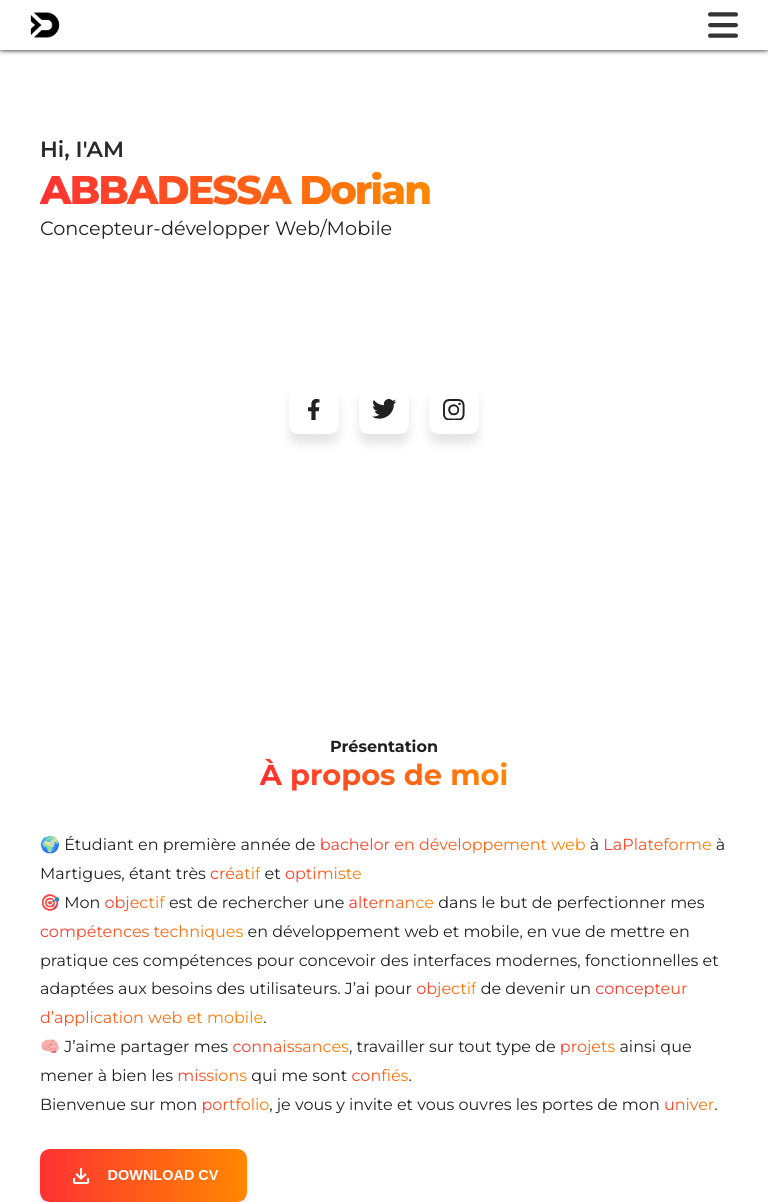
Repository: DorianABDS/Portfolio-ABBADESSA-Dorian
Page: index.html
The author's editor kept a copy of each file at every save. The page is drawn from the files as they stood at one save, then again after the next save.
The browser window is 768 px wide. The pictures show the whole page.

Above is the page before, as saved 2024-11-27 21:00:23.

After the next save:
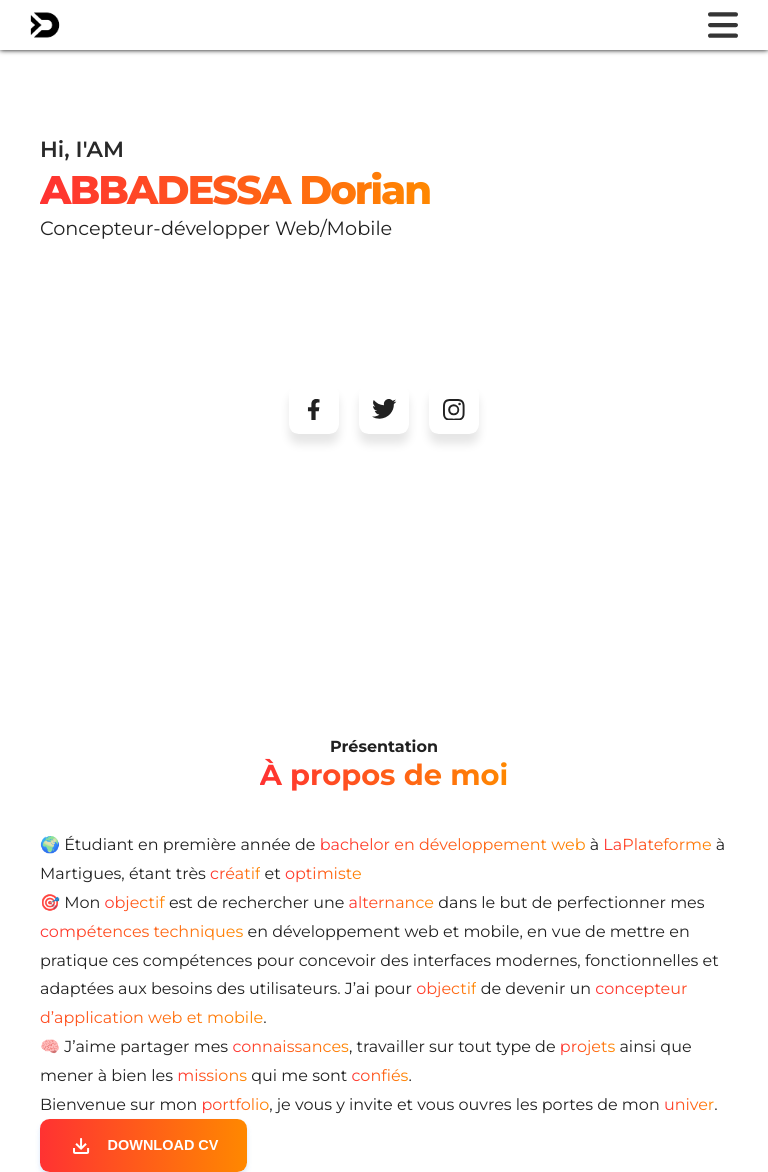
Saved 85 s later.
--- a/style.css
+++ b/style.css
@@ -349,7 +349,7 @@
         padding-top: 0;
     }
 
-    button {
+    button-cv {
         margin-top: 30px;
     }
 }

After the save that followed:
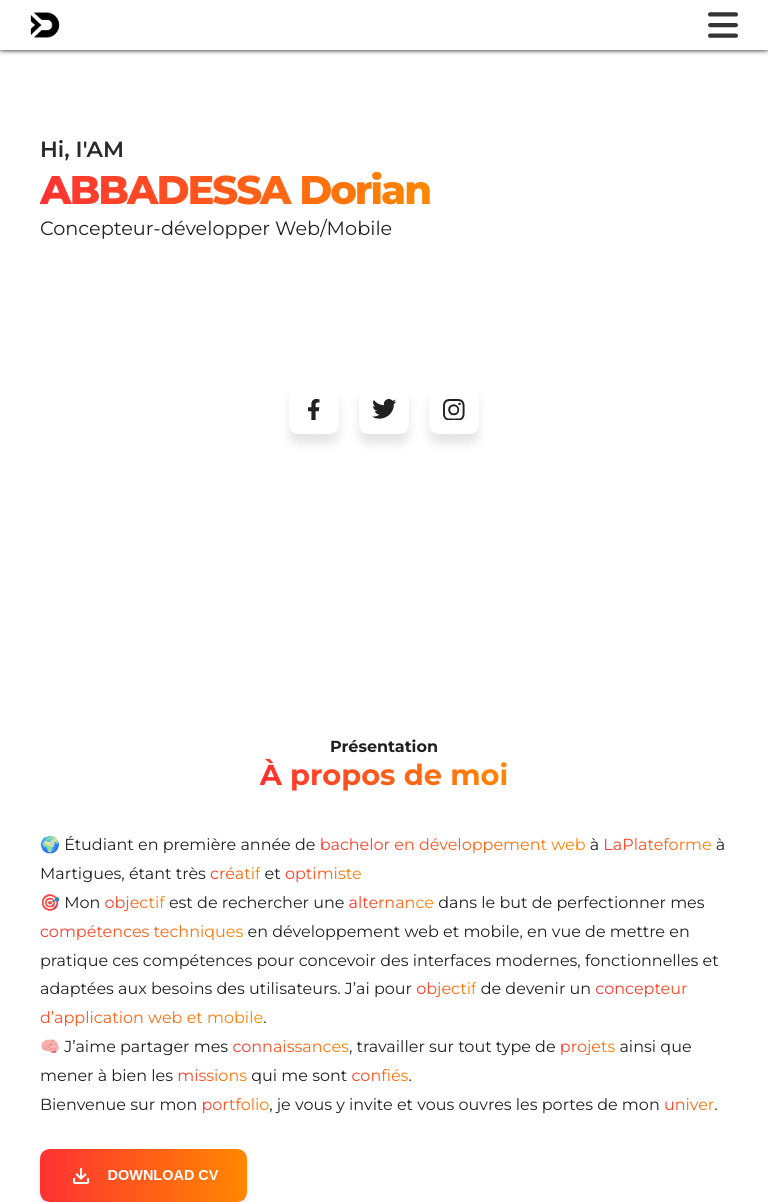
Saved 5 s later.
--- a/style.css
+++ b/style.css
@@ -349,7 +349,7 @@
         padding-top: 0;
     }
 
-    button-cv {
+    .button-cv {
         margin-top: 30px;
     }
 }
